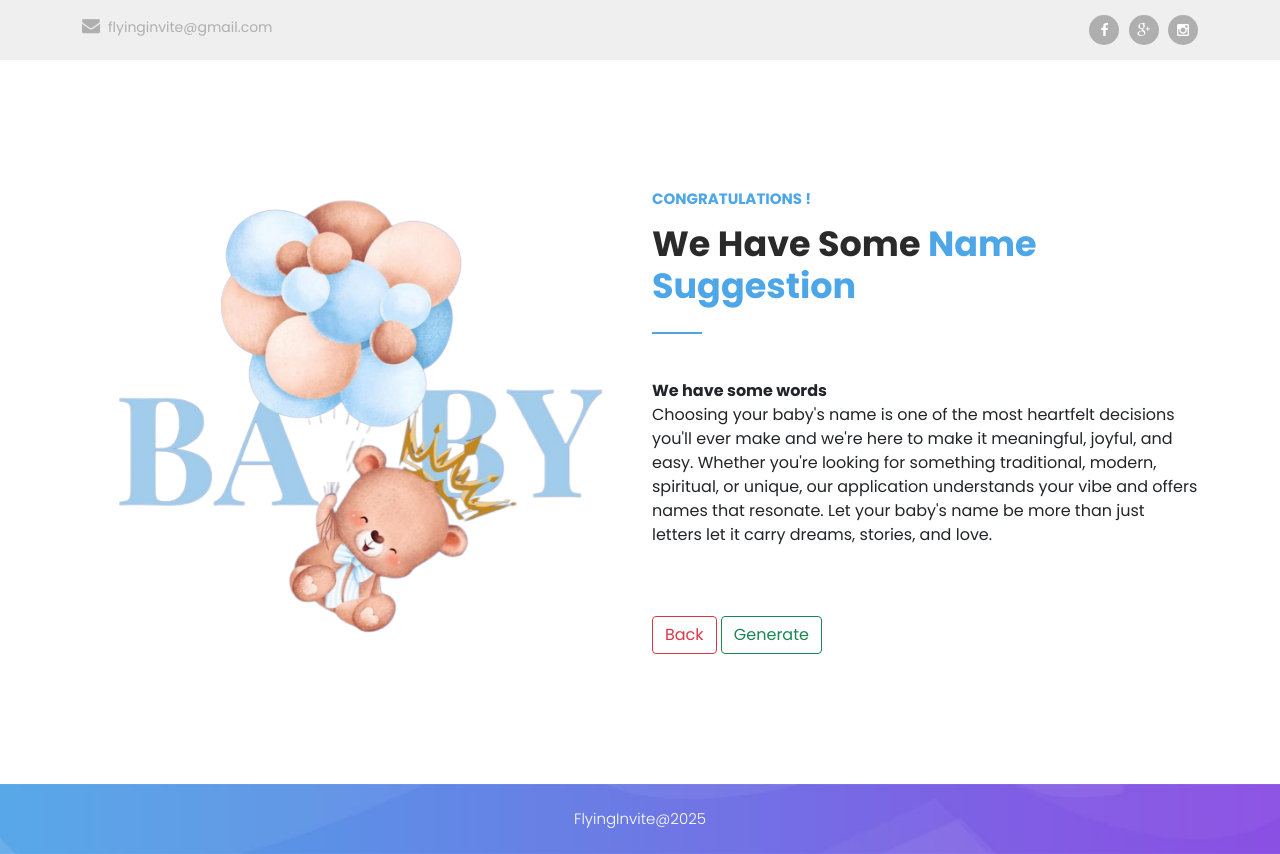
Repository: viraj7551/Flying-Invite-Project
Page: http://localhost/FlyingInvite/name_suggestor.jsp
These files come from the project's save history. The page is drawn as it stood at one moment and after the next save; the edit follows.
The browser window is 1280 px wide. The pictures show the whole page.
The page is served by Tomcat 9. Other server files are loaded and not shown.

Above is the page before, as saved 2025-04-20 13:09:36.

### FlyingInvite/WebContent/name_suggestor.jsp
<%@ page language="java" contentType="text/html; charset=ISO-8859-1"
    pageEncoding="ISO-8859-1"%>
<!DOCTYPE html>
<html>
<head>
  <meta charset="UTF-8">
  <meta name="viewport" content="width=device-width, initial-scale=1, shrink-to-fit=no">
  <meta name="description" content="">
  <meta name="author" content="">
  <link rel="preconnect" href="https://fonts.googleapis.com">
  <link rel="preconnect" href="https://fonts.gstatic.com" crossorigin>
  <link href="https://fonts.googleapis.com/css2?family=Poppins:wght@100;200;300;400;500;600;700;800;900&display=swap" rel="stylesheet">

  <title>Flying Invite | Name Suggestor</title>

  <!-- Bootstrap core CSS -->
  <link href="vendor/bootstrap/css/bootstrap.min.css" rel="stylesheet">


  <!-- Additional CSS Files -->
  <link rel="stylesheet" href="./assets/css/fontawesome.css">
  <link rel="stylesheet" href="./assets/css/app.css">
  <link rel="stylesheet" href="./assets/css/animated.css">
  <link rel="stylesheet" href="./assets/css/owl.css">
  <link rel="stylesheet" href="./assets/css/style.css">

  <script async src="https://www.googletagmanager.com/gtag/js?id=G-DZ4MP44ET9"></script>
<script>
  window.dataLayer = window.dataLayer || [];
  function gtag(){dataLayer.push(arguments);}
  gtag('js', new Date());

  gtag('config', 'G-DZ4MP44ET9');
</script>


</head>
<body>
 <!-- ***** Preloader Start ***** -->
  <div id="js-preloader" class="js-preloader">
    <div class="preloader-inner">
      <span class="dot"></span>
      <div class="dots">
        <span></span>
        <span></span>
        <span></span>
      </div>
    </div>
  </div>

    <!-- ***** Preloader End ***** -->

  <!-- Pre-header Starts -->
  <div class="pre-header">
    <div class="container">
      <div class="row">
        <div class="col-lg-8 col-sm-8 col-7">
          <ul class="info">
            <li><a href="#"><i class="fa fa-envelope"></i>flyinginvite@gmail.com</a></li>
          </ul>
        </div>
        <div class="col-lg-4 col-sm-4 col-5">
          <ul class="social-media">
            <li><a href="https://www.facebook.com/profile.php?id=61567671551405" target="_blank"><i class="fa fa-facebook"></i></a></li>
            <li><a href="#"><i class="fa fa-google-plus"></i></a></li>
            <li><a href="https://www.instagram.com/flyinginvite/?igsh=Yjh6aXM5eHZ3a3Nt" target="_blank"><i class="fa fa-instagram"></i></a></li>
          </ul>
        </div>
      </div>
    </div>
  </div>
  <!-- Pre-header End -->

  <div id="about" class="about section">
    <div class="container">
      <div class="row">
        <div class="col-lg-12">
          <div class="row">
            <div class="col-lg-6">
              <div class="about-left-image  wow fadeInLeft" data-wow-duration="1s" data-wow-delay="0.5s">
                <img src="assets/images/name_suggestor.png" alt="mom with baby in her womb">
              </div>
            </div>
            <div class="col-lg-6 align-self-center  wow fadeInRight" data-wow-duration="1s" data-wow-delay="0.5s">
              <div class="about-right-content">
                <div class="section-heading">
                  <h6>Congratulations !</h6>
                  <h4>We have some <em>Name Suggestion</em></h4>
                  <div class="line-dec"></div>
                </div>

                <p>
                    <ul><strong>We have some words</strong>
                      <li>Choosing your baby's name is one of the most heartfelt decisions you'll ever make and we're here to make it meaningful, joyful, and easy. Whether you're looking for something traditional, modern, spiritual, or unique, our application understands your vibe and offers names that resonate.
Let your baby's name be more than just letters let it carry dreams, stories, and love.
                      </li>
                    </ul> <br>
                </p>

              <a href="index.jsp" class="btn btn-outline-danger" role="button"> Back</a>
              <a href="verifyEmail.jsp" class="btn btn-outline-success" role="button">Generate</a>

              </div>
            </div>
          </div>
        </div>
      </div>
    </div>
  </div>

  <footer>
    <div class="container">
      <div class="row">
        <div class="col-lg-12">
           <p>FlyingInvite@2025</p>
        </div>
      </div>
    </div>
  </footer>

  <!-- Scripts -->
  <script src="./vendor/jquery/jquery.min.js"></script>
  <script src="./vendor/bootstrap/js/bootstrap.bundle.min.js"></script>
  <script src="./assets/js/owl-carousel.js"></script>
  <script src="./assets/js/animation.js"></script>
  <script src="./assets/js/imagesloaded.js"></script>
  <script src="./assets/js/custom.js"></script>
  <script src="./assets/js/app.js"></script>
</body>
</html>

### FlyingInvite/WebContent/assets/css/owl.css
/**
 * Owl Carousel v2.3.4
 * Copyright 2013-2018 David Deutsch
 * Licensed under: SEE LICENSE IN https://github.com/OwlCarousel2/OwlCarousel2/blob/master/LICENSE
 */
/*
 *  Owl Carousel - Core
 */
.owl-carousel {
  display: none;
  width: 100%;
  -webkit-tap-highlight-color: transparent;
  /* position relative and z-index fix webkit rendering fonts issue */
  position: relative;
  z-index: 1; }
  .owl-carousel .owl-stage {
    position: relative;
    -ms-touch-action: pan-Y;
    touch-action: manipulation;
    -moz-backface-visibility: hidden;
    /* fix firefox animation glitch */ }
  .owl-carousel .owl-stage:after {
    content: ".";
    display: block;
    clear: both;
    visibility: hidden;
    line-height: 0;
    height: 0; }
  .owl-carousel .owl-stage-outer {
    position: relative;
    overflow: hidden;
    /* fix for flashing background */
    -webkit-transform: translate3d(0px, 0px, 0px); }
  .owl-carousel .owl-wrapper,
  .owl-carousel .owl-item {
    -webkit-backface-visibility: hidden;
    -moz-backface-visibility: hidden;
    -ms-backface-visibility: hidden;
    -webkit-transform: translate3d(0, 0, 0);
    -moz-transform: translate3d(0, 0, 0);
    -ms-transform: translate3d(0, 0, 0); }
  .owl-carousel .owl-item {
    position: relative;
    min-height: 1px;
    float: left;
    -webkit-backface-visibility: hidden;
    -webkit-tap-highlight-color: transparent;
    -webkit-touch-callout: none; }
  .owl-carousel .owl-item img {
    display: block;
    width: 100%; }
  .owl-carousel .owl-nav.disabled,
  .owl-carousel .owl-dots.disabled {
    display: none; }
  .owl-carousel .owl-nav .owl-prev,
  .owl-carousel .owl-nav .owl-next,
  .owl-carousel .owl-dot {
    cursor: pointer;
    -webkit-user-select: none;
    -khtml-user-select: none;
    -moz-user-select: none;
    -ms-user-select: none;
    user-select: none; }
  .owl-carousel .owl-nav button.owl-prev,
  .owl-carousel .owl-nav button.owl-next,
  .owl-carousel button.owl-dot {
    background: none;
    color: inherit;
    border: none;
    padding: 0 !important;
    font: inherit; }
  .owl-carousel.owl-loaded {
    display: block; }
  .owl-carousel.owl-loading {
    opacity: 0;
    display: block; }
  .owl-carousel.owl-hidden {
    opacity: 0; }
  .owl-carousel.owl-refresh .owl-item {
    visibility: hidden; }
  .owl-carousel.owl-drag .owl-item {
    -ms-touch-action: pan-y;
        touch-action: pan-y;
    -webkit-user-select: none;
    -moz-user-select: none;
    -ms-user-select: none;
    user-select: none; }
  .owl-carousel.owl-grab {
    cursor: move;
    cursor: grab; }
  .owl-carousel.owl-rtl {
    direction: rtl; }
  .owl-carousel.owl-rtl .owl-item {
    float: right; }

/* No Js */
.no-js .owl-carousel {
  display: block; }

/*
 *  Owl Carousel - Animate Plugin
 */
.owl-carousel .animated {
  animation-duration: 1000ms;
  animation-fill-mode: both; }

.owl-carousel .owl-animated-in {
  z-index: 0; }

.owl-carousel .owl-animated-out {
  z-index: 1; }

.owl-carousel .fadeOut {
  animation-name: fadeOut; }

@keyframes fadeOut {
  0% {
    opacity: 1; }
  100% {
    opacity: 0; } }

/*
 * 	Owl Carousel - Auto Height Plugin
 */
.owl-height {
  transition: height 500ms ease-in-out; }

/*
 * 	Owl Carousel - Lazy Load Plugin
 */
.owl-carousel .owl-item {
  /**
			This is introduced due to a bug in IE11 where lazy loading combined with autoheight plugin causes a wrong
			calculation of the height of the owl-item that breaks page layouts
		 */ }
  .owl-carousel .owl-item .owl-lazy {
    opacity: 0;
    transition: opacity 400ms ease; }
  .owl-carousel .owl-item .owl-lazy[src^=""], .owl-carousel .owl-item .owl-lazy:not([src]) {
    max-height: 0; }
  .owl-carousel .owl-item img.owl-lazy {
    transform-style: preserve-3d; }

/*
 * 	Owl Carousel - Video Plugin
 */
.owl-carousel .owl-video-wrapper {
  position: relative;
  height: 100%;
  background: #000; }

.owl-carousel .owl-video-play-icon {
  position: absolute;
  height: 80px;
  width: 80px;
  left: 50%;
  top: 50%;
  margin-left: -40px;
  margin-top: -40px;
  background: url("owl.video.play.png") no-repeat;
  cursor: pointer;
  z-index: 1;
  -webkit-backface-visibility: hidden;
  transition: transform 100ms ease; }

.owl-carousel .owl-video-play-icon:hover {
  -ms-transform: scale(1.3, 1.3);
      transform: scale(1.3, 1.3); }

.owl-carousel .owl-video-playing .owl-video-tn,
.owl-carousel .owl-video-playing .owl-video-play-icon {
  display: none; }

.owl-carousel .owl-video-tn {
  opacity: 0;
  height: 100%;
  background-position: center center;
  background-repeat: no-repeat;
  background-size: contain;
  transition: opacity 400ms ease; }

.owl-carousel .owl-video-frame {
  position: relative;
  z-index: 1;
  height: 100%;
  width: 100%; }

### FlyingInvite/WebContent/assets/css/style.css
/* Aligns the heading text to the center. */

h1 {
    text-align: center;
  }

  /* Sets the width for the accordion. Sets the margin to 90px on the top and bottom and auto to the left and right */
.accordion-body{
    margin-top: 100px;
}


.navigate_section{
    margin: 90px auto;
}

#navigateHeader{
  display: none;
}
#navigateBtn{
  padding: 20px;
  background-color: #213448;
  color: #fff;
  margin-left: 350px;
  margin-top: 170px;
  margin-bottom: 170px;
  border-radius: 5px;
  width: max-content;
}
.blink_me{
  animation: blinker 1s linear infinite;
}

@keyframes blinker {
  50% {
    opacity: 0;
  }
}

#coming_soon_header{
  padding: 20px;
  color: #213448;
  margin-left: 350px;
  margin-top: 170px;
  margin-bottom: 170px;
  border-radius: 5px;
  width: max-content;
}

#navigateBtn:hover {
   background-color: #27548A;
}

  .accordion {
    width: 800px;
    margin: 90px auto;
    color: black;
    background-color: white;
    padding: 45px 45px;
  }

  .accordion .container {
    position: relative;
    margin: 10px 10px;
  }

  /* Positions the labels relative to the .container. Adds padding to the top and bottom and increases font size. Also makes its cursor a pointer */

  .accordion .label {
    position: relative;
    padding: 10px 0;
    font-size: 24px;
    color: black;
    cursor: pointer;
  }

  /* Positions the plus sign 5px from the right. Centers it using the transform property. */

.accordion .label::before {
    content: '+';
    color: black;
    position: absolute;
    top: 50%;
    right: -5px;
    font-size: 24px;
    transform: translateY(-50%);
  }

  /* Hides the content (height: 0), decreases font size, justifies text and adds transition */

  .accordion .content {
    position: relative;
    background: white;
    height: 0;
    font-size: 16px;
    text-align: justify;
    width: 780px;
    overflow: hidden;
    transition: 0.5s;
  }

  /* Adds a horizontal line between the contents */

  .accordion hr {
    width: 100;
    margin-left: 0;
    border: 1px solid grey;
  }

  /* Unhides the content part when active. Sets the height */

.accordion .container.active .content {
    height: 90px;
  }




  /* Changes from plus sign to negative sign once active */

  .accordion .container.active .label::before {
    content: '-';
    font-size: 30px;
  }


 @media (max-width: 1200px) {
    #navigateBtn{
      margin-left: 180px;
     }
  }

 @media only screen and (max-width: 1024px) {
    #coming_soon_header{
      margin-left: 180px;
    }
}

 @media only screen and (max-width: 1180px) {
    #coming_soon_header{
      margin-left: 180px;
    }
  }


  @media (max-width: 992px) {


    .accordion .container.active .content{
      width: auto;
      height: 100px;
    }

    #navigateBtn{
    margin-left: 55px;
   }
  }

   @media only screen and (max-width: 932px) and (min-width: 740px){
  #navigateBtn{
    margin-left: 135px;
   }

   #navigateHeader{
    display: block;
    margin-left: 110px;
  }
  #coming_soon_header{
    margin-left: 110px;
  }
 }



  @media (max-width: 767px){

    .accordion{
        width: auto;
    }
    .accordion .label {
        font-size: 16px;
      }

      .accordion .content {
        font-size: 14px;
        text-align: justify;
        width: 200px;
        overflow: hidden;
      }

      #navigateHeader{
        display: block;
        margin-left: 20px;
      }

      #coming_soon_header{
        margin-left: 20px;
      }
  }

    @media only screen and (max-width: 360px){
      #navigateHeader{
        display: block;
        margin-left: 60px;
      }
  }

Loaded but not shown: FlyingInvite/WebContent/assets/css/fontawesome.css (library); FlyingInvite/WebContent/assets/css/animated.css (common file); FlyingInvite/WebContent/assets/js/owl-carousel.js (3448 lines, source omitted); FlyingInvite/WebContent/assets/js/imagesloaded.js (496 lines, source omitted); FlyingInvite/WebContent/assets/js/animation.js (193 lines, source omitted); FlyingInvite/WebContent/assets/js/custom.js (172 lines, source omitted); FlyingInvite/WebContent/assets/js/app.js (7 lines, source omitted); FlyingInvite/WebContent/assets/css/app.css (2123 lines, source omitted)

After the next save:
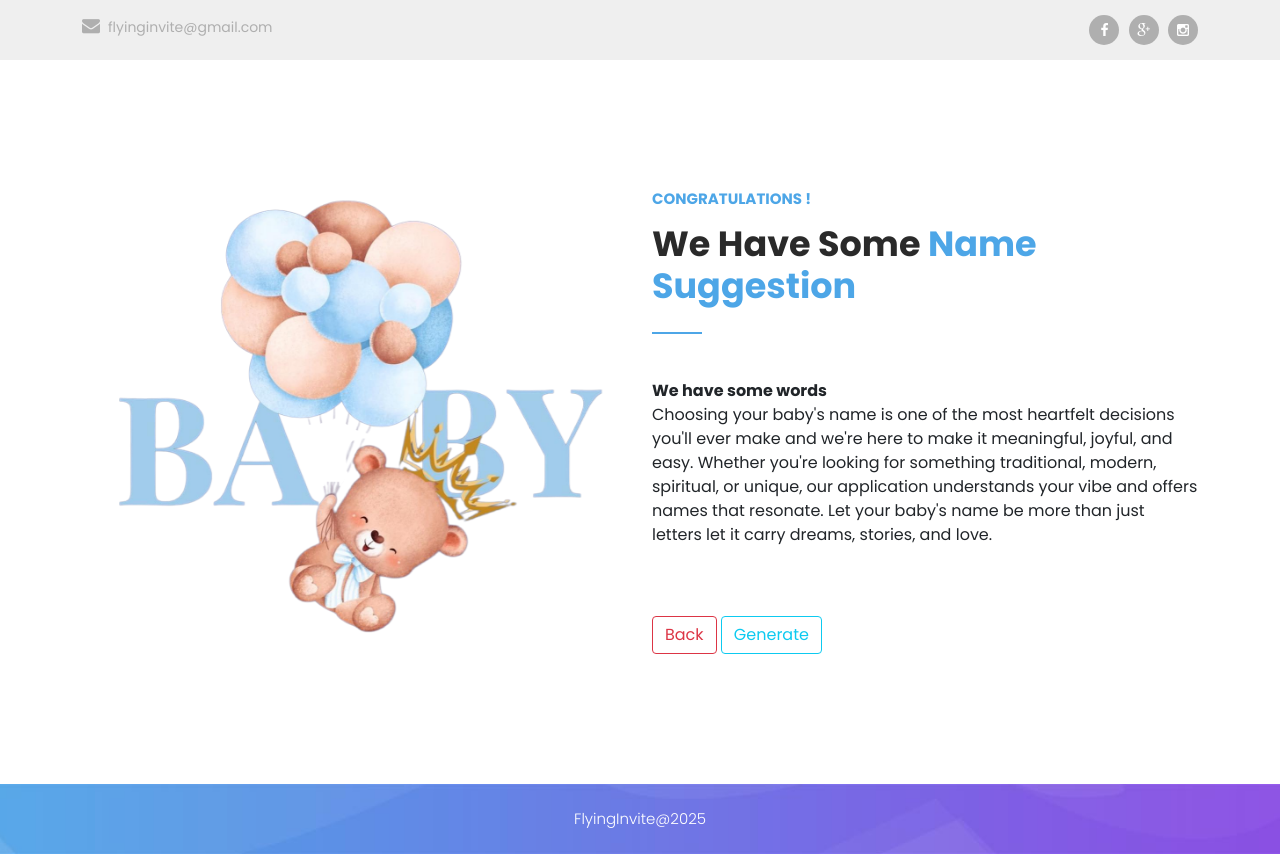
Saved 2 min 5 s later.
--- a/FlyingInvite/WebContent/name_suggestor.jsp
+++ b/FlyingInvite/WebContent/name_suggestor.jsp
@@ -98,7 +98,7 @@ Let your baby's name be more than just letters let it carry dreams, stories, and
                 </p>
 
               <a href="index.jsp" class="btn btn-outline-danger" role="button"> Back</a>
-              <a href="verifyEmail.jsp" class="btn btn-outline-success" role="button">Generate</a>
+              <a href="verifyEmail.jsp" class="btn btn-outline-info" role="button">Generate</a>
 
               </div>
             </div>
